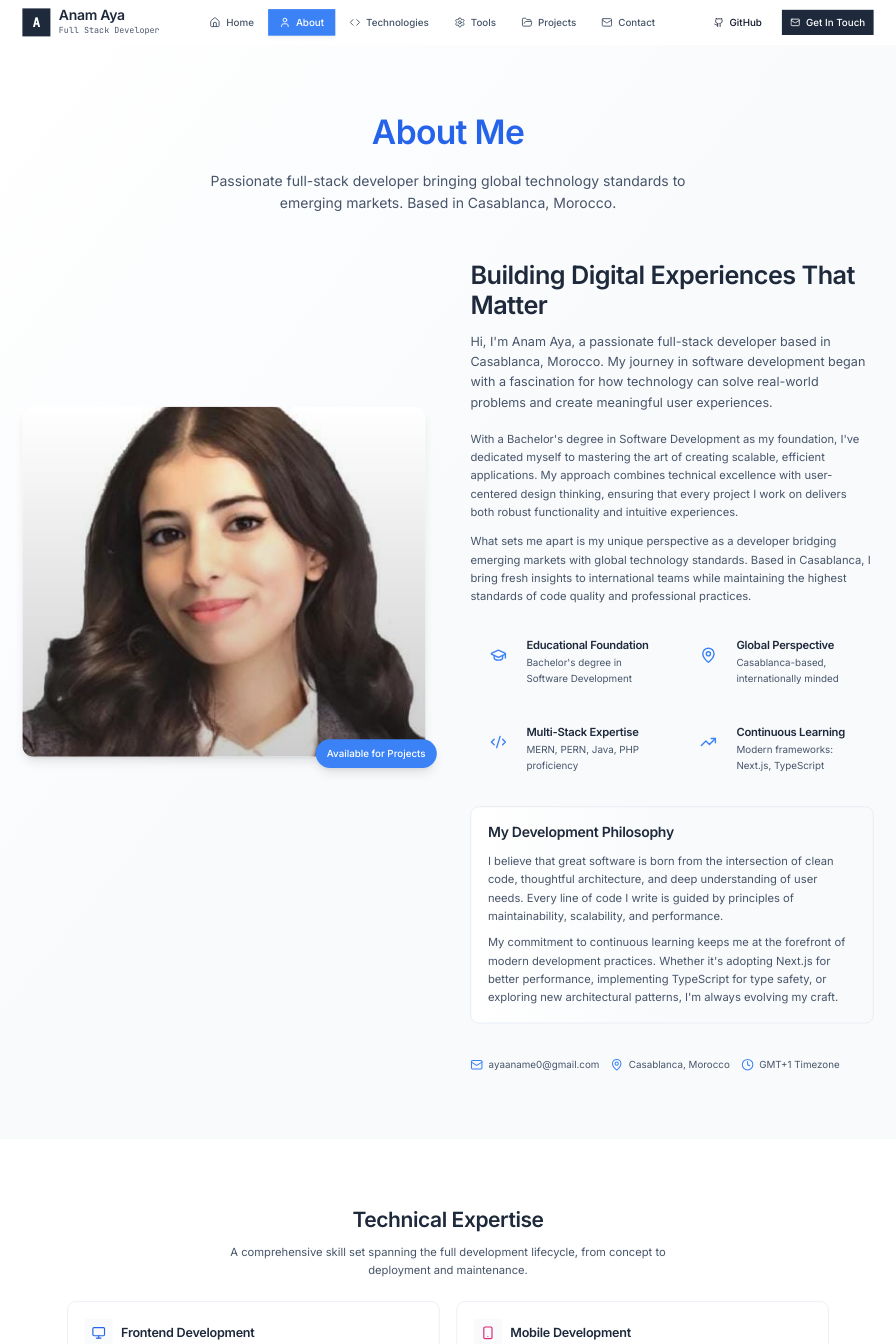
Repository: ayaaas/portflio_aya
Page: /about-me-personal-narrative
An editor plug-in stored every save of this project. The page is shown before and after the next save, followed by the edit.
The browser window is 1280 px wide. The pictures show the part of the page from y = 0 to 1920 px (the page is 4280 px tall), at 70% of full size.
The project was rebuilt for these pictures with package versions that can differ from the ones it lists, and the page was loaded fresh each time. Also part of the build but not shown: vite.config.mjs, src/components/ErrorBoundary.jsx, src/pages/hero-section-developer-portfolio/components/ProfileImage.jsx, src/pages/hero-section-developer-portfolio/components/AnimatedText.jsx, src/pages/hero-section-developer-portfolio/components/HeroContent.jsx, src/pages/hero-section-developer-portfolio/components/BackgroundPattern.jsx, src/pages/hero-section-developer-portfolio/components/ScrollIndicator.jsx, src/pages/hero-section-developer-portfolio/index.jsx and 23 more.

Above is the page before, as saved 2025-07-20 01:09:56.

### index.html
<!doctype html>
<html lang="en">

<head>
  <meta charset="utf-8" />
  <title>anam-aya-portfolio</title>
  <meta name="viewport" content="width=device-width, initial-scale=1.0" />
  <meta name="theme-color" content="#000000" />
  <meta name="description" content="Web site created using create-react-app" />
  <link rel="icon" href="/favicon.ico" />
  <link rel="manifest" href="/manifest.json" />
<script type="module" src="https://static.rocket.new/rocket-web.js?_cfg=https%3A%2F%2Fanamayap2173back.builtwithrocket.new&_be=https%3A%2F%2Fapplication.rocket.new&_v=0.1.6"></script>
</head>

<body>
  <noscript>You need to enable JavaScript to run this app.</noscript>
  <div class="dhiwise-code" id="root"></div>
  <script type="module" src="/src/index.jsx"></script>
</body>

</html>

### src/Routes.jsx
import React from "react";
import { BrowserRouter, Routes as RouterRoutes, Route } from "react-router-dom";
import ScrollToTop from "components/ScrollToTop";
import ErrorBoundary from "components/ErrorBoundary";
// Add your imports here
import HeroSectionDeveloperPortfolio from "pages/hero-section-developer-portfolio";
import AboutMePersonalNarrative from "pages/about-me-personal-narrative";
import ToolsProfessionalWorkflowDisplay from "pages/tools-professional-workflow-display";
import ContactCommunicationPortal from "pages/contact-communication-portal";
import TechnologiesInteractiveStackShowcase from "pages/technologies-interactive-stack-showcase";
import ProjectsCuratedCaseStudies from "pages/projects-curated-case-studies";
import NotFound from "pages/NotFound";

const Routes = () => {
  return (
    <BrowserRouter>
      <ErrorBoundary>
      <ScrollToTop />
      <RouterRoutes>
        {/* Define your routes here */}
        <Route path="/" element={<HeroSectionDeveloperPortfolio />} />
        <Route path="/hero-section-developer-portfolio" element={<HeroSectionDeveloperPortfolio />} />
        <Route path="/about-me-personal-narrative" element={<AboutMePersonalNarrative />} />
        <Route path="/tools-professional-workflow-display" element={<ToolsProfessionalWorkflowDisplay />} />
        <Route path="/contact-communication-portal" element={<ContactCommunicationPortal />} />
        <Route path="/technologies-interactive-stack-showcase" element={<TechnologiesInteractiveStackShowcase />} />
        <Route path="/projects-curated-case-studies" element={<ProjectsCuratedCaseStudies />} />
        <Route path="*" element={<NotFound />} />
      </RouterRoutes>
      </ErrorBoundary>
    </BrowserRouter>
  );
};

export default Routes;

### src/pages/about-me-personal-narrative/index.jsx
import React, { useEffect, useRef } from 'react';
import { Helmet } from 'react-helmet';
import Header from '../../components/ui/Header';
import ProfileImage from './components/ProfileImage';
import PersonalStory from './components/PersonalStory';
import SkillsOverview from './components/SkillsOverview';
import PersonalValues from './components/PersonalValues';
import Icon from '../../components/AppIcon';
import Button from '../../components/ui/Button';

const AboutMePersonalNarrative = () => {
  const sectionsRef = useRef([]);

  useEffect(() => {
    const observerOptions = {
      threshold: 0.1,
      rootMargin: '0px 0px -50px 0px'
    };

    const observer = new IntersectionObserver((entries) => {
      entries.forEach((entry) => {
        if (entry.isIntersecting) {
          entry.target.classList.add('fade-in', 'visible');
        }
      });
    }, observerOptions);

    sectionsRef.current.forEach((section) => {
      if (section) {
        observer.observe(section);
      }
    });

    return () => {
      sectionsRef.current.forEach((section) => {
        if (section) {
          observer.unobserve(section);
        }
      });
    };
  }, []);

  const addToRefs = (el) => {
    if (el && !sectionsRef.current.includes(el)) {
      sectionsRef.current.push(el);
    }
  };

  return (
    <>
      <Helmet>
        <title>About Me - Anam Aya | Full Stack Developer Portfolio</title>
        <meta
          name="description"
          content="Learn about Anam Aya, a passionate full-stack developer from Casablanca, Morocco. Discover my journey, values, and expertise in modern web development technologies."
        />
        <meta name="keywords" content="Anam Aya, Full Stack Developer, Casablanca, Morocco, React, Node.js, Software Development, Web Developer" />
        <meta property="og:title" content="About Me - Anam Aya | Full Stack Developer" />
        <meta property="og:description" content="Passionate full-stack developer bringing global technology standards to emerging markets. Based in Casablanca, Morocco." />
        <meta property="og:type" content="website" />
        <link rel="canonical" href="/about-me-personal-narrative" />
      </Helmet>

      <div className="min-h-screen bg-background">
        <Header />

        <main className="pt-16">
          {/* Hero Section */}
          <section
            ref={addToRefs}
            className="fade-in py-16 lg:py-24 bg-gradient-to-br from-background via-surface to-muted"
          >
            <div className="max-w-7xl mx-auto px-6 lg:px-8">
              <div className="text-center mb-16">
                <h1 className="text-4xl md:text-5xl font-bold text-blue-600 mb-6">
                  About Me
                </h1>
                <p className="text-xl text-text-secondary max-w-3xl mx-auto leading-relaxed">
                  Passionate full-stack developer bringing global technology standards to emerging markets. Based in Casablanca, Morocco.
                </p>
              </div>
              <div className="grid grid-cols-1 lg:grid-cols-2 gap-12 lg:gap-16 items-center">
                {/* Profile Image */}
               <div className="order-2 lg:order-1" style={{ marginTop: '-15rem' }}>
  <ProfileImage />
</div>


                {/* Personal Story */}
                <div className="order-1 lg:order-2">
                  <PersonalStory />
                </div>
              </div>
            </div>
          </section>

          {/* Skills Overview Section */}
          <section
            ref={addToRefs}
            className="fade-in py-16 lg:py-24 bg-background"
          >
            <div className="max-w-6xl mx-auto px-6 lg:px-8">
              <SkillsOverview />
            </div>
          </section>

          {/* Personal Values Section */}
          <section
            ref={addToRefs}
            className="fade-in py-16 lg:py-24 bg-surface"
          >
            <div className="max-w-6xl mx-auto px-6 lg:px-8">
              <PersonalValues />
            </div>
          </section>

          {/* Call to Action Section */}
          <section
            ref={addToRefs}
            className="fade-in py-16 lg:py-24 bg-gradient-to-r from-primary/5 to-accent/5"
          >
            <div className="max-w-4xl mx-auto px-6 lg:px-8 text-center">
              <div className="space-y-8">
                <div className="space-y-4">
                  <h2 className="text-3xl lg:text-4xl font-bold text-blue-600">
                    Let's Build Something Amazing Together
                  </h2>
                  <p className="text-lg text-text-secondary max-w-2xl mx-auto">
                    Ready to bring your ideas to life? I'm always excited to work on new projects
                    and collaborate with teams that value quality and innovation.
                  </p>
                </div>

                <div className="flex flex-col sm:flex-row gap-4 justify-center">
                  <Button
                    variant="default"
                    size="lg"
                    iconName="Mail"
                    iconPosition="left"
                    onClick={() => window.location.href = 'mailto:ayaaname0@gmail.com'}
                    className="hover-lift"
                  >
                    Start a Conversation
                  </Button>

                  <Button
                    variant="outline"
                    size="lg"
                    iconName="FolderOpen"
                    iconPosition="left"
                    onClick={() => window.location.href = '/projects-curated-case-studies'}
                    className="hover-lift"
                  >
                    View My Work
                  </Button>
                </div>

                {/* Contact Info */}
                <div className="flex flex-col sm:flex-row gap-6 justify-center items-center pt-8 border-t border-border">
                  <div className="flex items-center space-x-2 text-text-secondary">
                    <Icon name="Mail" size={18} className="text-accent" />
                    <span className="text-sm">ayaaname0@gmail.com</span>
                  </div>
                  <div className="flex items-center space-x-2 text-text-secondary">
                    <Icon name="MapPin" size={18} className="text-accent" />
                    <span className="text-sm">Casablanca, Morocco</span>
                  </div>
                  <div className="flex items-center space-x-2 text-text-secondary">
                    <Icon name="Clock" size={18} className="text-accent" />
                    <span className="text-sm">GMT+1 Available</span>
                  </div>
                </div>
              </div>
            </div>
          </section>
        </main>
      </div>
    </>
  );
};

export default AboutMePersonalNarrative;

### src/pages/about-me-personal-narrative/components/ProfileImage.jsx
import React from 'react';
import Image from '../../../components/AppImage';

const ProfileImage = () => {
  return (
    <div className="relative">
      <div className="relative overflow-hidden rounded-2xl shadow-lg hover-lift">
        <Image
          src="public/assets/images/WhatsApp Image 2025-01-27 à 13.09.23_03e1ada6.jpg"
          alt="Anam Aya - Full Stack Developer in his development environment"
          className="w-full h-[500px] object-cover"
        />
        <div className="absolute inset-0 bg-gradient-to-t from-black/20 to-transparent"></div>
      </div>

      {/* Floating Badge */}
      <div className="absolute -bottom-4 -right-4 bg-accent text-accent-foreground px-4 py-2 rounded-full shadow-lg">
        <span className="text-sm font-medium">Available for Projects</span>
      </div>

      {/* Decorative Elements */}
      <div className="absolute -top-4 -left-4 w-8 h-8 bg-primary/10 rounded-full"></div>
      <div className="absolute top-8 -right-2 w-4 h-4 bg-accent/20 rounded-full"></div>
    </div>
  );
};

export default ProfileImage;

### src/pages/about-me-personal-narrative/components/SkillsOverview.jsx
import React from 'react';
import Icon from '../../../components/AppIcon';

const SkillsOverview = () => {
const skillCategories = [
  {
    category: 'Frontend Development',
    icon: 'Monitor',
    skills: ['React.js', 'Next.js', 'TypeScript', 'Tailwind CSS', 'HTML5/CSS3'],
    color: 'text-blue-600'
  },
  {
    category: 'Mobile Development',
    icon: 'Smartphone',
    skills: ['Flutter', 'Dart', 'Audioplayers'],
    color: 'text-pink-600'
  },
  {
    category: 'Backend Development',
    icon: 'Server',
    skills: ['Node.js', 'Express.js', 'PHP', 'Java', 'RESTful APIs'],
    color: 'text-green-600'
  },
  {
    category: 'Database & Tools',
    icon: 'Database',
    skills: ['MongoDB', 'SQFLite', 'PostgreSQL', 'MySQL'],
    color: 'text-purple-600'
  },
  {
    category: 'Development Practices',
    icon: 'Settings',
    skills: ['Agile/Scrum', 'Code Review', 'Performance Optimization'],
    color: 'text-orange-600'
  }
];



  return (
    <div className="space-y-8">
      <div className="text-center space-y-4">
        <h2 className="text-2xl lg:text-3xl font-bold text-primary">
          Technical Expertise
        </h2>
        <p className="text-text-secondary max-w-2xl mx-auto">
          A comprehensive skill set spanning the full development lifecycle,
          from concept to deployment and maintenance.
        </p>
      </div>

      <div className="grid grid-cols-1 md:grid-cols-2 gap-6">
        {skillCategories.map((category, index) => (
          <div
            key={index}
            className="bg-card rounded-xl p-6 border border-border hover:shadow-lg transition-all-300 hover-lift"
          >
            <div className="flex items-center space-x-3 mb-4">
              <div className="w-10 h-10 bg-surface rounded-lg flex items-center justify-center">
                <Icon name={category.icon} size={20} className={category.color} />
              </div>
              <h3 className="text-lg font-semibold text-primary">{category.category}</h3>
            </div>

            <div className="flex flex-wrap gap-2">
              {category.skills.map((skill, skillIndex) => (
                <span
                  key={skillIndex}
                  className="px-3 py-1 bg-muted text-text-secondary text-sm rounded-full hover:bg-accent/10 hover:text-accent transition-all-300"
                >
                  {skill}
                </span>
              ))}
            </div>
          </div>
        ))}
      </div>

      {/* Experience Timeline */}
      <div className="bg-gradient-to-r from-primary/5 to-accent/5 rounded-xl p-6 border border-primary/10">
        <h3 className="text-xl font-semibold text-primary mb-6 text-center">Development Journey</h3>

        <div className="space-y-4">
          <div className="flex items-start space-x-4">
            <div className="w-3 h-3 bg-accent rounded-full mt-2 flex-shrink-0"></div>
            <div>
              <h4 className="font-medium text-primary">Full-Stack Development Focus</h4>
              <p className="text-sm text-text-secondary">
                Specializing in modern web applications with React, Node.js, and cloud deployment
              </p>
            </div>
          </div>

          <div className="flex items-start space-x-4">
            <div className="w-3 h-3 bg-primary rounded-full mt-2 flex-shrink-0"></div>
            <div>
              <h4 className="font-medium text-primary">Academic Foundation</h4>
              <p className="text-sm text-text-secondary">
                Bachelor's degree in Software Development with focus on algorithms and system design
              </p>
            </div>
          </div>

          <div className="flex items-start space-x-4">
            <div className="w-3 h-3 bg-success rounded-full mt-2 flex-shrink-0"></div>
            <div>
              <h4 className="font-medium text-primary">Continuous Learning</h4>
              <p className="text-sm text-text-secondary">
                Staying current with Next.js, TypeScript, and modern development practices
              </p>
            </div>
          </div>
        </div>
      </div>
    </div>
  );
};

export default SkillsOverview;

### src/components/ui/Button.jsx
import React from 'react';
import { Slot } from "@radix-ui/react-slot";
import { cva } from "class-variance-authority";
import { cn } from "../../utils/cn";
import Icon from '../AppIcon';

const buttonVariants = cva(
    "inline-flex items-center justify-center whitespace-nowrap rounded-md text-sm font-medium ring-offset-background transition-colors focus-visible:outline-none focus-visible:ring-2 focus-visible:ring-ring focus-visible:ring-offset-2 disabled:pointer-events-none disabled:opacity-50",
    {
        variants: {
            variant: {
                default: "bg-primary text-primary-foreground hover:bg-primary/90",
                destructive: "bg-destructive text-destructive-foreground hover:bg-destructive/90",
                outline: "border border-input hover:bg-accent hover:text-accent-foreground",
                secondary: "bg-secondary text-secondary-foreground hover:bg-secondary/80",
                ghost: "hover:bg-accent hover:text-accent-foreground",
                link: "text-primary underline-offset-4 hover:underline",
                success: "bg-success text-success-foreground hover:bg-success/90",
                warning: "bg-warning text-warning-foreground hover:bg-warning/90",
                danger: "bg-error text-error-foreground hover:bg-error/90",
            },
            size: {
                default: "h-10 px-4 py-2",
                sm: "h-9 rounded-md px-3",
                lg: "h-11 rounded-md px-8",
                icon: "h-10 w-10",
                xs: "h-8 rounded-md px-2 text-xs",
                xl: "h-12 rounded-md px-10 text-base",
            },
        },
        defaultVariants: {
            variant: "default",
            size: "default",
        },
    }
);

const Button = React.forwardRef(({
    className,
    variant,
    size,
    asChild = false,
    children,
    loading = false,
    iconName = null,
    iconPosition = 'left',
    iconSize = null,
    fullWidth = false,
    disabled = false,
    ...props
}, ref) => {
    const Comp = asChild ? Slot : "button";

    // Icon size mapping based on button size
    const iconSizeMap = {
        xs: 12,
        sm: 14,
        default: 16,
        lg: 18,
        xl: 20,
        icon: 16,
    };

    const calculatedIconSize = iconSize || iconSizeMap[size] || 16;

    // Loading spinner
    const LoadingSpinner = () => (
        <svg className="animate-spin -ml-1 mr-2 h-4 w-4" fill="none" viewBox="0 0 24 24">
            <circle className="opacity-25" cx="12" cy="12" r="10" stroke="currentColor" strokeWidth="4" />
            <path className="opacity-75" fill="currentColor" d="M4 12a8 8 0 018-8V0C5.373 0 0 5.373 0 12h4zm2 5.291A7.962 7.962 0 014 12H0c0 3.042 1.135 5.824 3 7.938l3-2.647z" />
        </svg>
    );

    // Icon rendering
    const renderIcon = () => {
        if (!iconName) return null;

        return (
            <Icon
                name={iconName}
                size={calculatedIconSize}
                className={cn(
                    children && iconPosition === 'left' && "mr-2",
                    children && iconPosition === 'right' && "ml-2"
                )}
            />
        );
    };

    return (
        <Comp
            className={cn(
                buttonVariants({ variant, size, className }),
                fullWidth && "w-full"
            )}
            ref={ref}
            disabled={disabled || loading}
            {...props}
        >
            {loading && <LoadingSpinner />}
            {iconName && iconPosition === 'left' && renderIcon()}
            {children}
            {iconName && iconPosition === 'right' && renderIcon()}
        </Comp>
    );
});

Button.displayName = "Button";

export default Button;

Loaded but not shown: src/index.jsx (common file); src/App.jsx (common file); src/styles/tailwind.css (library); src/styles/index.css (common file); src/components/ScrollToTop.jsx (common file); src/components/AppIcon.jsx (common file); src/components/AppImage.jsx (common file); src/utils/cn.js (common file); tailwind.config.js (148 lines, source omitted); src/components/ui/Header.jsx (183 lines, source omitted); src/pages/about-me-personal-narrative/components/PersonalValues.jsx (120 lines, source omitted); src/pages/about-me-personal-narrative/components/PersonalStory.jsx (114 lines, source omitted)

After the next save:
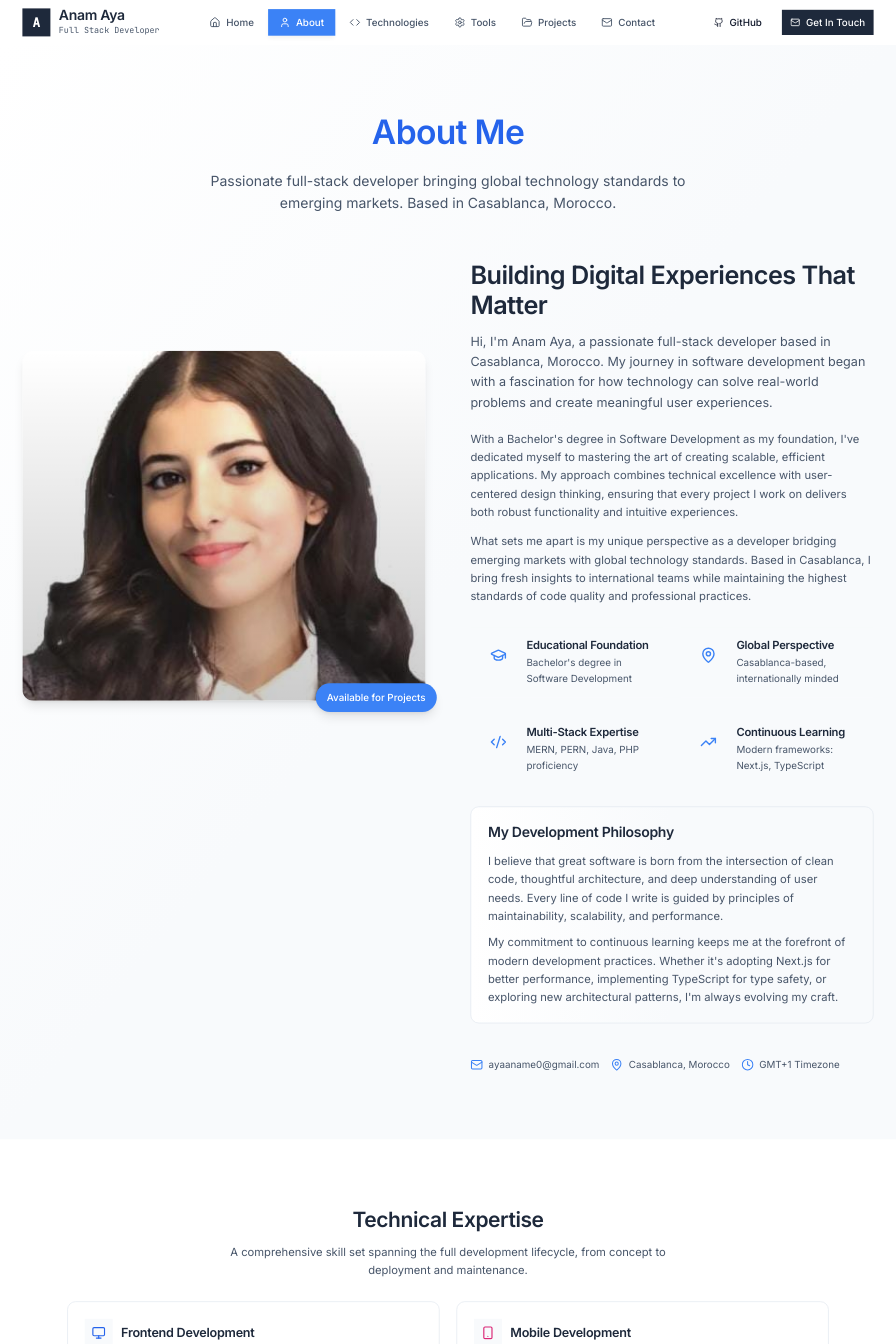
Saved 68 s later.
--- a/src/pages/about-me-personal-narrative/index.jsx
+++ b/src/pages/about-me-personal-narrative/index.jsx
@@ -80,17 +80,17 @@ const AboutMePersonalNarrative = () => {
                 </p>
               </div>
               <div className="grid grid-cols-1 lg:grid-cols-2 gap-12 lg:gap-16 items-center">
-                {/* Profile Image */}
-               <div className="order-2 lg:order-1" style={{ marginTop: '-15rem' }}>
-  <ProfileImage />
+  {/* Profile Image */}
+  <div className="order-2 lg:order-1" style={{ marginTop: '-25rem' }}>
+    <ProfileImage />
+  </div>
+
+  {/* Personal Story */}
+  <div className="order-1 lg:order-2">
+    <PersonalStory />
+  </div>
 </div>
 
-
-                {/* Personal Story */}
-                <div className="order-1 lg:order-2">
-                  <PersonalStory />
-                </div>
-              </div>
             </div>
           </section>
 
